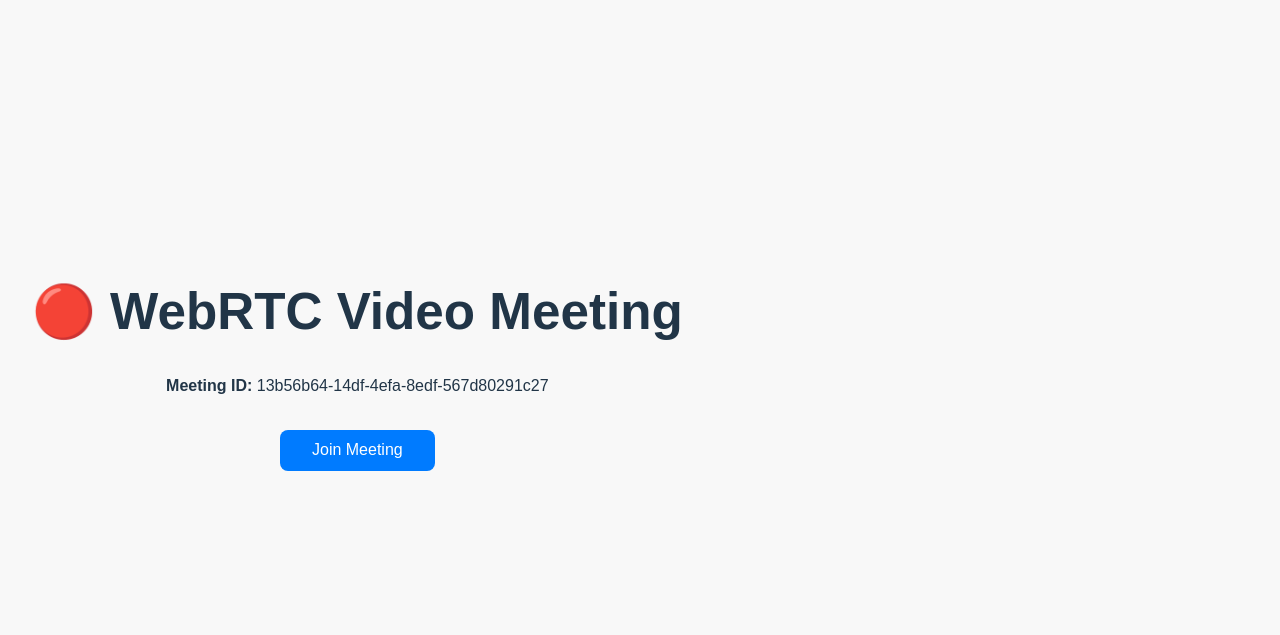
Repository: rahulhr71/WebRTC
Page: / (app in frontend/)
These files come from the project's save history. The page is drawn as it stood at one moment and after the next save; the edit follows.
The browser window is 1280 px wide. The pictures show the whole page.
The page's requests for data from a server got no answer. The project was rebuilt for these pictures with package versions that can differ from the ones it lists, and the page was loaded fresh each time. No one was signed in, and anything a server would have sent is missing. Also part of the build but not shown: frontend/vite.config.js.

Above is the page before, as saved 2025-07-18 18:14:33.

### frontend/src/main.jsx
import React from 'react';
import ReactDOM from 'react-dom/client';
import { BrowserRouter, Routes, Route, Navigate } from 'react-router-dom';
import App from './App';
import './index.css';
import { v4 as uuidv4 } from 'uuid';

ReactDOM.createRoot(document.getElementById('root')).render(
  <React.StrictMode>
    <BrowserRouter>
      <Routes>
        {/* Home: Redirect to random room */}
        <Route path="/" element={<Navigate to={`/room/${uuidv4()}`} />} />

        {/* Room with ID */}
        <Route path="/room/:roomId" element={<App />} />
      </Routes>
    </BrowserRouter>
  </React.StrictMode>
);

### frontend/src/App.jsx
import React, { useEffect, useRef, useState } from 'react';
import { useParams } from 'react-router-dom';
import { io } from 'socket.io-client';

const socket = io('http://localhost:5000'); // your signaling server

function App() {
  const { roomId } = useParams(); // gets room from URL
  const localVideoRef = useRef(null);
  const remoteVideoRef = useRef(null);
  const peerConnection = useRef(null);
  const [joined, setJoined] = useState(false);

  const handleJoinMeeting = async () => {
    const stream = await navigator.mediaDevices.getUserMedia({ video: true, audio: true });
    localVideoRef.current.srcObject = stream;

    peerConnection.current = new RTCPeerConnection();

    stream.getTracks().forEach(track =>
      peerConnection.current.addTrack(track, stream)
    );

    peerConnection.current.ontrack = event => {
      remoteVideoRef.current.srcObject = event.streams[0];
    };

    peerConnection.current.onicecandidate = event => {
      if (event.candidate) {
        socket.emit('ice-candidate', { roomId, candidate: event.candidate });
      }
    };

    socket.emit('join', roomId);
    setJoined(true);
  };

  useEffect(() => {
    socket.on('user-joined', async () => {
      const offer = await peerConnection.current.createOffer();
      await peerConnection.current.setLocalDescription(offer);
      socket.emit('offer', { roomId, offer });
    });

    socket.on('offer', async ({ offer }) => {
      await peerConnection.current.setRemoteDescription(offer);
      const answer = await peerConnection.current.createAnswer();
      await peerConnection.current.setLocalDescription(answer);
      socket.emit('answer', { roomId, answer });
    });

    socket.on('answer', async ({ answer }) => {
      await peerConnection.current.setRemoteDescription(answer);
    });

    socket.on('ice-candidate', async ({ candidate }) => {
      await peerConnection.current.addIceCandidate(candidate);
    });

    return () => {
      socket.disconnect();
      peerConnection.current?.close();
    };
  }, [roomId]);

  return (
    <div style={{ padding: '2rem', textAlign: 'center' }}>
      <h1>🔴 WebRTC Video Meeting</h1>
      <p><strong>Meeting ID:</strong> {roomId}</p>

      {!joined && (
        <button
          onClick={handleJoinMeeting}
          style={{
            marginTop: '1rem',
            padding: '0.7rem 2rem',
            fontSize: '16px',
            cursor: 'pointer',
            backgroundColor: '#007bff',
            color: '#fff',
            border: 'none',
            borderRadius: '8px',
          }}
        >
          Join Meeting
        </button>
      )}

      {joined && (
        <div style={{ display: 'flex', justifyContent: 'center', gap: '20px', marginTop: '2rem' }}>
          <div>
            <h3>Local Video</h3>
            <video ref={localVideoRef} autoPlay muted playsInline width="300" style={{ border: '2px solid green' }} />
          </div>
          <div>
            <h3>Remote Video</h3>
            <video ref={remoteVideoRef} autoPlay playsInline width="300" style={{ border: '2px solid blue' }} />
          </div>
        </div>
      )}
    </div>
  );
}

export default App;

### frontend/src/index.css
:root {
  font-family: system-ui, Avenir, Helvetica, Arial, sans-serif;
  line-height: 1.5;
  font-weight: 400;

  color-scheme: light dark;
  color: rgba(255, 255, 255, 0.87);
  background-color: #242424;

  font-synthesis: none;
  text-rendering: optimizeLegibility;
  -webkit-font-smoothing: antialiased;
  -moz-osx-font-smoothing: grayscale;
}

a {
  font-weight: 500;
  color: #646cff;
  text-decoration: inherit;
}
a:hover {
  color: #535bf2;
}

body {
  margin: 0;
  display: flex;
  place-items: center;
  min-width: 320px;
  min-height: 100vh;
}

h1 {
  font-size: 3.2em;
  line-height: 1.1;
}

button {
  border-radius: 8px;
  border: 1px solid transparent;
  padding: 0.6em 1.2em;
  font-size: 1em;
  font-weight: 500;
  font-family: inherit;
  background-color: #1a1a1a;
  cursor: pointer;
  transition: border-color 0.25s;
}
button:hover {
  border-color: #646cff;
}
button:focus,
button:focus-visible {
  outline: 4px auto -webkit-focus-ring-color;
}
body {
  margin: 0;
  font-family: Arial, sans-serif;
  background-color: #f8f8f8;
}
video {
  border-radius: 10px;
}


@media (prefers-color-scheme: light) {
  :root {
    color: #213547;
    background-color: #ffffff;
  }
  a:hover {
    color: #747bff;
  }
  button {
    background-color: #f9f9f9;
  }
}

Loaded but not shown: frontend/index.html (common file)

After the next save:
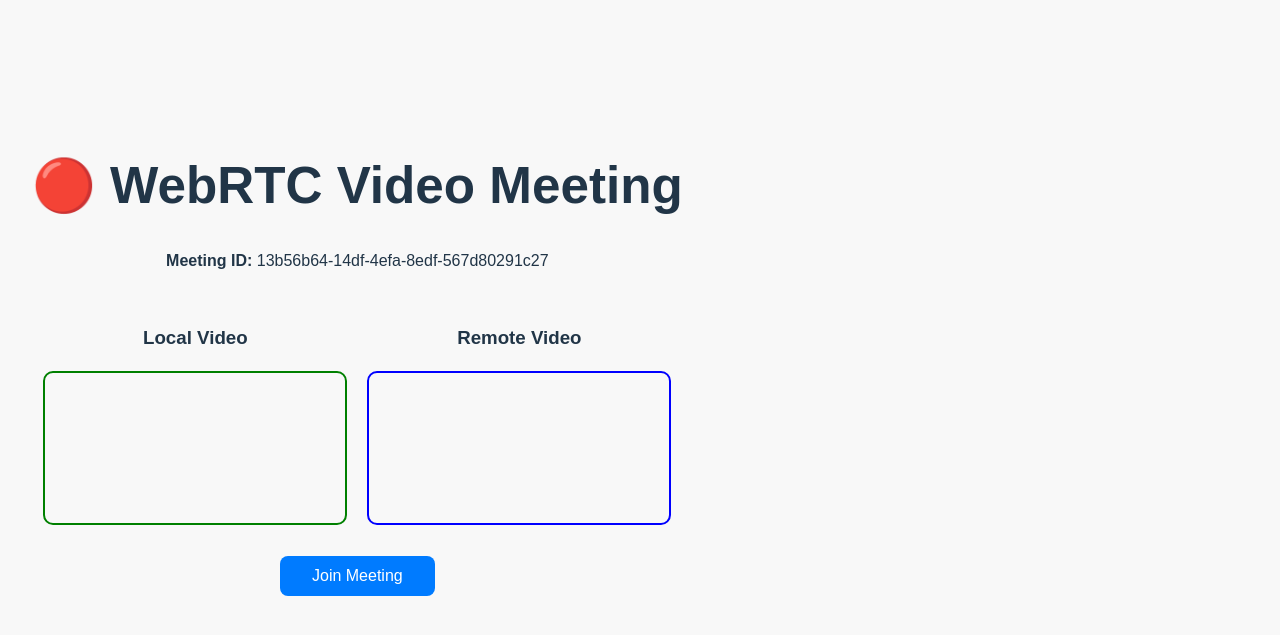
Saved 2 min 13 s later.
--- a/frontend/src/App.jsx
+++ b/frontend/src/App.jsx
@@ -2,18 +2,24 @@
 import { useParams } from 'react-router-dom';
 import { io } from 'socket.io-client';
 
-const socket = io('http://localhost:5000'); // your signaling server
+const socket = io('http://localhost:5000');
 
 function App() {
-  const { roomId } = useParams(); // gets room from URL
+  const { roomId } = useParams();
   const localVideoRef = useRef(null);
   const remoteVideoRef = useRef(null);
   const peerConnection = useRef(null);
+
   const [joined, setJoined] = useState(false);
 
   const handleJoinMeeting = async () => {
+    setJoined(true); // Render videos first
+
     const stream = await navigator.mediaDevices.getUserMedia({ video: true, audio: true });
-    localVideoRef.current.srcObject = stream;
+
+    if (localVideoRef.current) {
+      localVideoRef.current.srcObject = stream;
+    }
 
     peerConnection.current = new RTCPeerConnection();
 
@@ -21,18 +27,19 @@
       peerConnection.current.addTrack(track, stream)
     );
 
-    peerConnection.current.ontrack = event => {
-      remoteVideoRef.current.srcObject = event.streams[0];
+    peerConnection.current.ontrack = (event) => {
+      if (remoteVideoRef.current) {
+        remoteVideoRef.current.srcObject = event.streams[0];
+      }
     };
 
-    peerConnection.current.onicecandidate = event => {
+    peerConnection.current.onicecandidate = (event) => {
       if (event.candidate) {
         socket.emit('ice-candidate', { roomId, candidate: event.candidate });
       }
     };
 
     socket.emit('join', roomId);
-    setJoined(true);
   };
 
   useEffect(() => {
@@ -68,11 +75,23 @@
       <h1>🔴 WebRTC Video Meeting</h1>
       <p><strong>Meeting ID:</strong> {roomId}</p>
 
+      {/* Always render video elements so refs exist */}
+      <div style={{ display: 'flex', justifyContent: 'center', gap: '20px', marginTop: '2rem' }}>
+        <div>
+          <h3>Local Video</h3>
+          <video ref={localVideoRef} autoPlay muted playsInline width="300" style={{ border: '2px solid green' }} />
+        </div>
+        <div>
+          <h3>Remote Video</h3>
+          <video ref={remoteVideoRef} autoPlay playsInline width="300" style={{ border: '2px solid blue' }} />
+        </div>
+      </div>
+
       {!joined && (
         <button
           onClick={handleJoinMeeting}
           style={{
-            marginTop: '1rem',
+            marginTop: '1.5rem',
             padding: '0.7rem 2rem',
             fontSize: '16px',
             cursor: 'pointer',
@@ -85,19 +104,6 @@
           Join Meeting
         </button>
       )}
-
-      {joined && (
-        <div style={{ display: 'flex', justifyContent: 'center', gap: '20px', marginTop: '2rem' }}>
-          <div>
-            <h3>Local Video</h3>
-            <video ref={localVideoRef} autoPlay muted playsInline width="300" style={{ border: '2px solid green' }} />
-          </div>
-          <div>
-            <h3>Remote Video</h3>
-            <video ref={remoteVideoRef} autoPlay playsInline width="300" style={{ border: '2px solid blue' }} />
-          </div>
-        </div>
-      )}
     </div>
   );
 }
